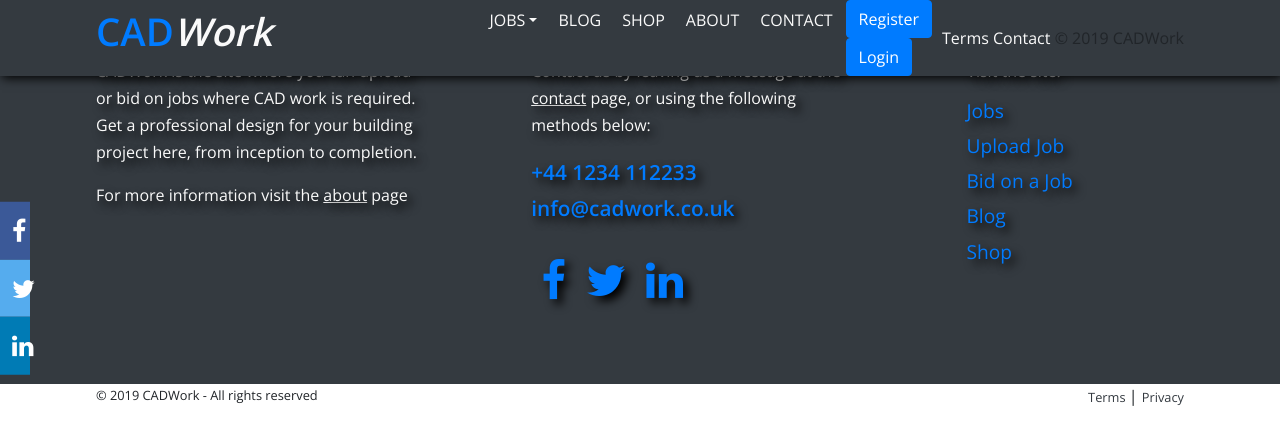
Repository: JShad30/cadwork
Page: templates/base.html
The author's editor kept a record of every edit. The page is drawn from the files as they stood at one moment, then again after the next edit.
The browser window is 1280 px wide. The pictures show the whole page.
The template is drawn by Django 2.2. The application's start-up code is not run. The template is opened directly, without the code that normally fills it, so the values that code supplies are empty.

Above is the page before.

After the next edit:
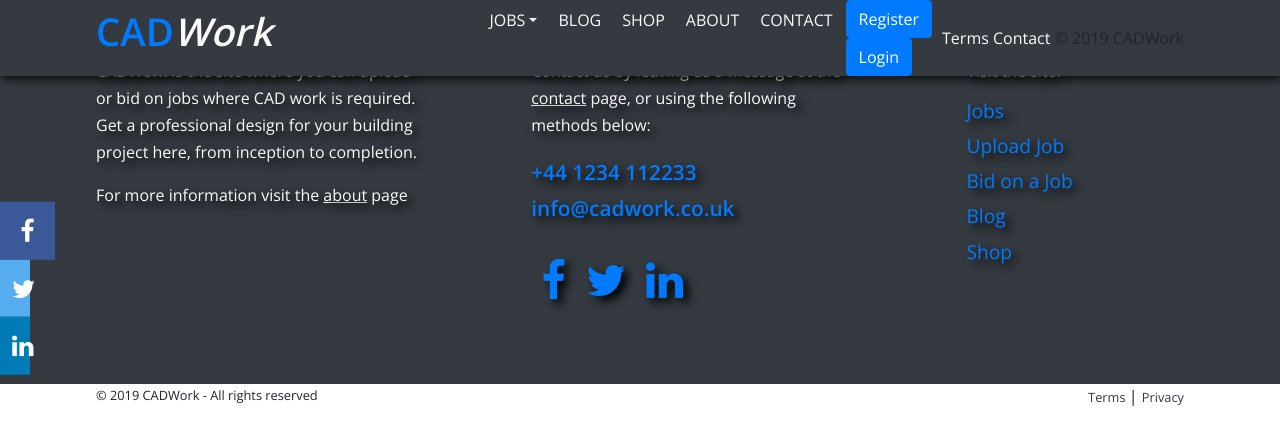
The edit:
--- a/static/css/styles.css
+++ b/static/css/styles.css
@@ -192,7 +192,7 @@
 .icon-bar-facebook {
     background-color: #3B5998;
     color: #FFFFFF;
-    width: 30px;
+    width: 55px;
 }
 
 .icon-bar-twitter {
